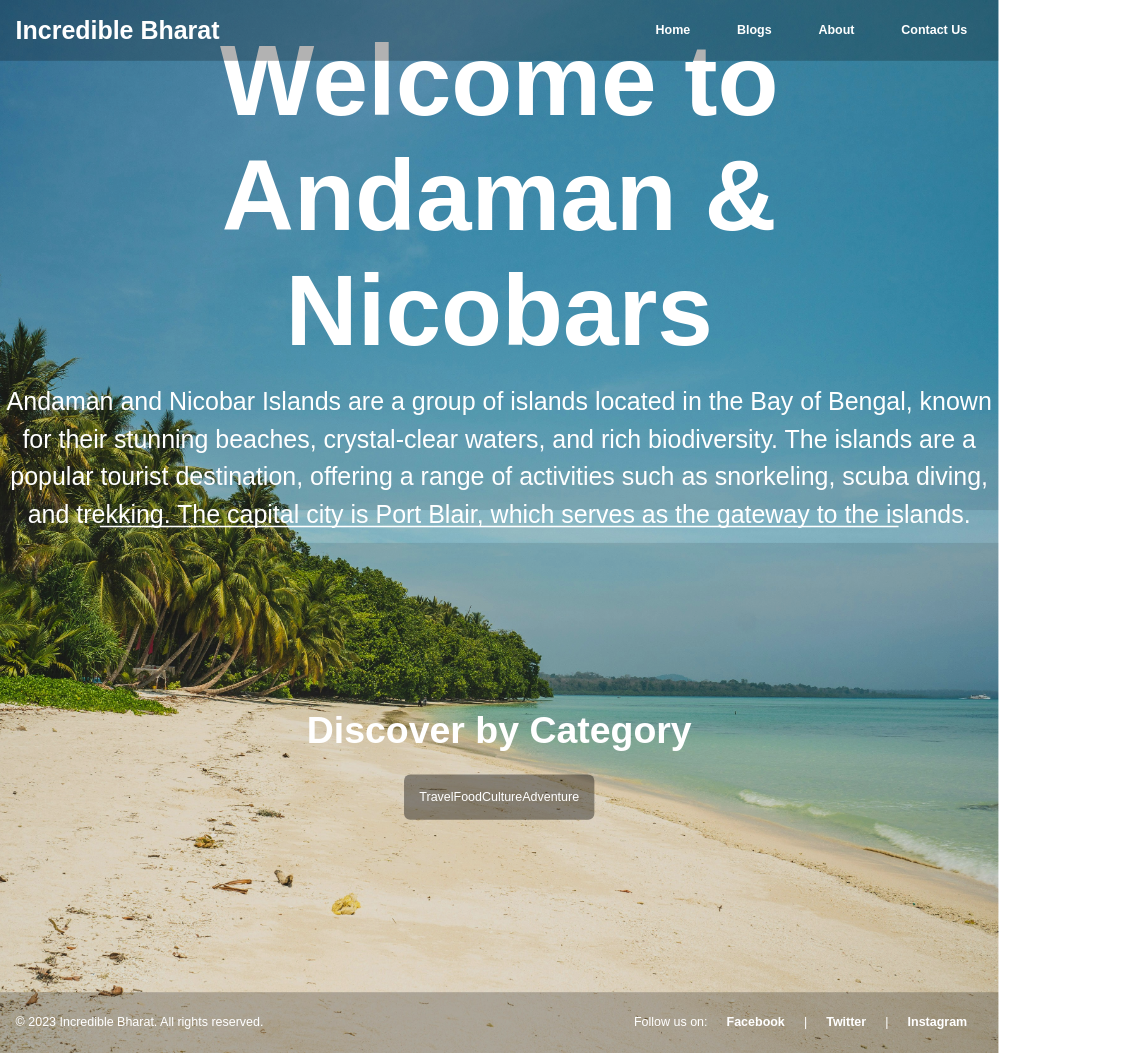
Repository: jaidhiman111/incrediblebharat
Page: destinations/Andaman&Nicobar.html
The author's editor kept a copy of each file at every save. The page is drawn from the files as they stood at one save, then again after the next save.
The browser window is 1280 px wide. The page is 1280 px wide, then 1440 px, so the pictures cover 1440 px, including what lies to the right of the window. The pictures show the whole page, at 78% of full size.

Above is the page before, as saved 2025-04-30 23:28:20.

After the next save:
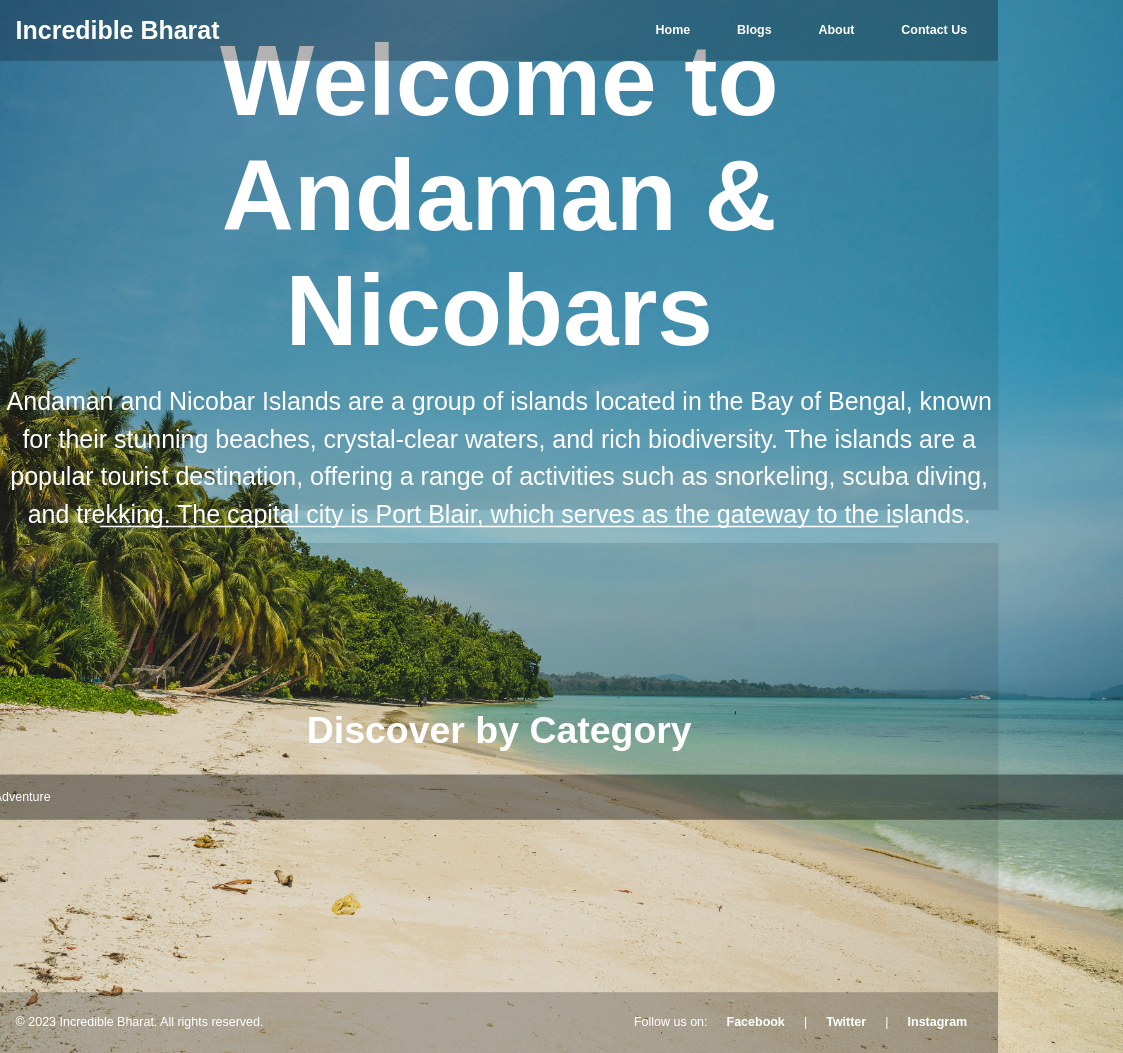
Saved 23 s later.
--- a/assets/style.css
+++ b/assets/style.css
@@ -148,7 +148,7 @@ hr {
 .card-section {
     display: flex;
     background-color: rgba(0, 0, 0, 0.4); /* Soft blue */
-    border-radius: 8px;
+    width: 100rem;
     padding: 20px;
     margin: 10px;
     text-align: center;
